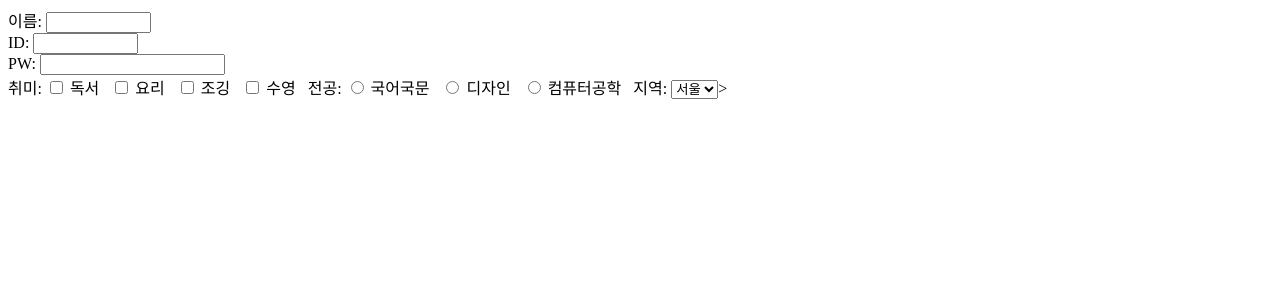
Repository: xxihyun0830/JSP
Page: http://localhost/02_GetPost/ex_join.jsp
The author's editor kept a copy of each file at every save. The page is drawn from the files as they stood at one save, then again after the next save.
The browser window is 1280 px wide. The pictures show the whole page.
The page is served by Tomcat 9. Other server files are loaded and not shown.

Above is the page before, as saved 2019-07-14 15:36:56.

### 02_GetPost/WebContent/ex_join.jsp
<%@ page language="java" contentType="text/html; charset=utf-8"
    pageEncoding="utf-8"%>
<!DOCTYPE html>
<html>
<head>
<meta charset="utf-8">
<title>내가 하는 __ 가입창</title>
</head>
<body>

<form action = "ex_joinOk" method = "get">
이름: <input type = "text" name = "Name" size = "10"> <br>
ID: <input type = "text" name = "Id" size = "10"> <br>
PW: <input type = "password" name = "Pw" size = "20"> <br>
취미: <input type = "checkbox" name = "Hobby" value = "reading"> 독서 &nbsp;
     <input type = "checkbox" name = "Hobby" value = "cooking"> 요리 &nbsp;
     <input type = "checkbox" name = "Hobby" value = "조깅하기"> 조깅 &nbsp;
     <input type = "checkbox" name = "Hobby" value = "수영하기"> 수영 &nbsp;
전공: <input type = "radio" name = "Major" value = "국어국문학과"> 국어국문 &nbsp;
     <input type = "radio" name = "Major" value = "디자인학과"> 디자인 &nbsp;
     <input type = "radio" name = "Major" value = "컴퓨터공학과"> 컴퓨터공학 &nbsp;
지역: <select>
        <option> 서울 </option>
        <option> 대전 </option>
        <option> 대구 </option>
        <option> 부산 </option>
        <option> 광주 </option>
     </select>>
</form>



</body>
</html>

After the next save:
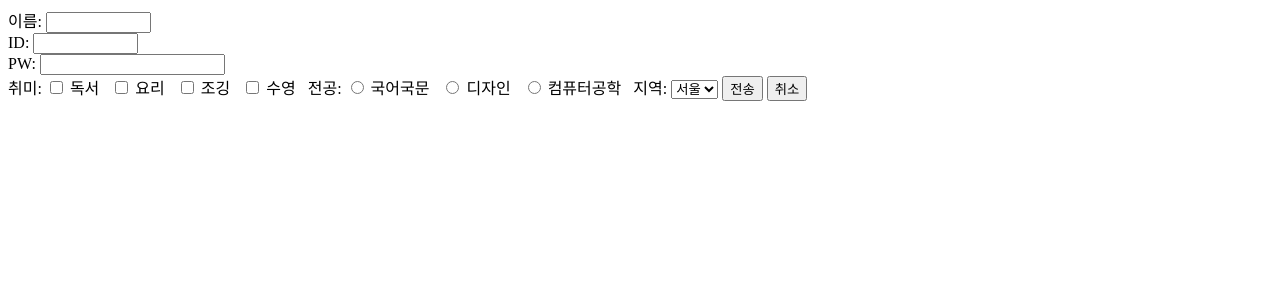
Saved 48 s later.
--- a/02_GetPost/WebContent/ex_join.jsp
+++ b/02_GetPost/WebContent/ex_join.jsp
@@ -25,7 +25,10 @@ PW: <input type = "password" name = "Pw" size = "20"> <br>
         <option> 대구 </option>
         <option> 부산 </option>
         <option> 광주 </option>
-     </select>>
+     </select>
+
+<input type = "submit" value="전송">
+<input type = "reset" value = "취소">
 </form>
 
 
